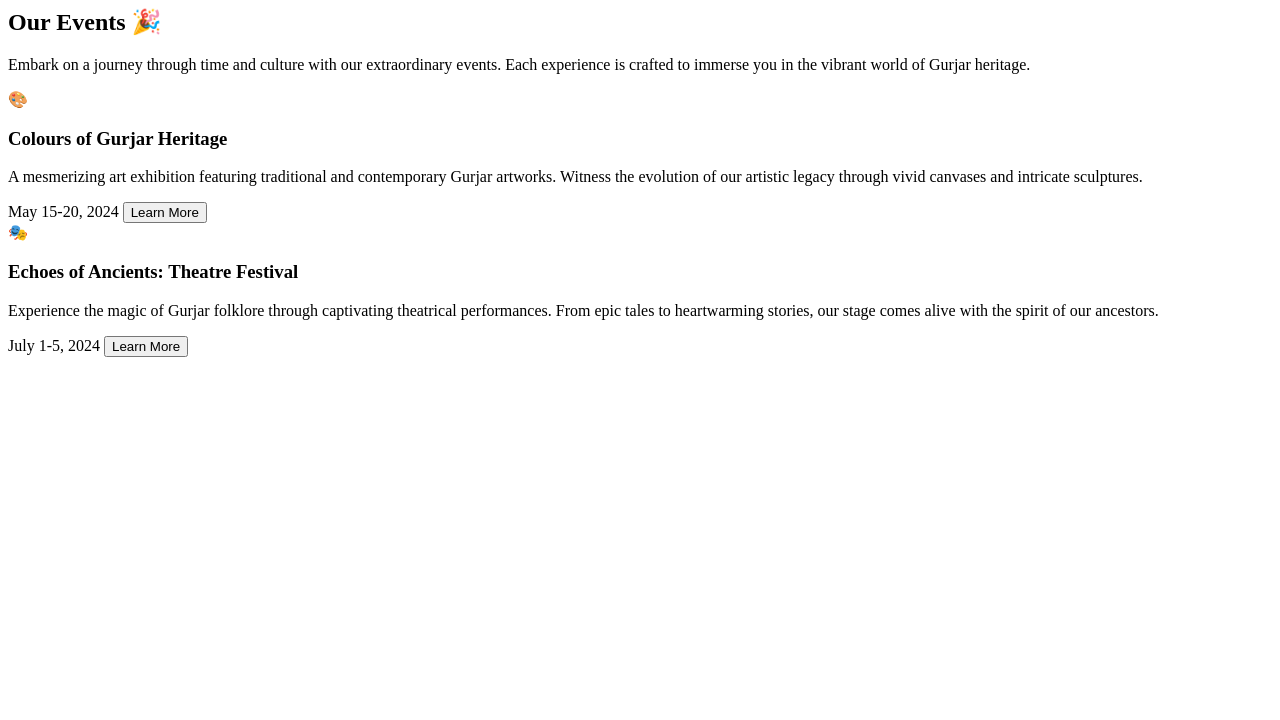
Repository: Aryansin1234/website
Page: components/events/events.html
The author's editor kept a copy of each file at every save. The page is drawn from the files as they stood at one save, then again after the next save.
The browser window is 1280 px wide. The pictures show the whole page.

Above is the page before, as saved 2024-10-15 23:40:02.

### components/events/events.html
<section id="events" class="events-section">
    <h2>Our Events 🎉</h2>
    <p class="text-base md:text-lg lg:text-xl mb-12 max-w-3xl mx-auto">Embark on a journey through time and culture with our extraordinary events. Each experience is crafted to immerse you in the vibrant world of Gurjar heritage.</p>
    <div class="timeline">
        <div class="timeline-item left">
            <div class="icon">🎨</div>
            <div class="content">
                <h3>Colours of Gurjar Heritage</h3>
                <p>A mesmerizing art exhibition featuring traditional and contemporary Gurjar artworks. Witness the evolution of our artistic legacy through vivid canvases and intricate sculptures.</p>
                <span class="text-sm text-gray-600">May 15-20, 2024</span>
                <button class="mt-4 bg-primary-color text-black px-4 py-2 rounded" onclick="openModal('Colours of Gurjar Heritage', 'Detailed information about Colours of Gurjar Heritage.')">Learn More</button>
            </div>
        </div>
        <div class="timeline-item right">
            <div class="icon">🎭</div>
            <div class="content">
                <h3>Echoes of Ancients: Theatre Festival</h3>
                <p>Experience the magic of Gurjar folklore through captivating theatrical performances. From epic tales to heartwarming stories, our stage comes alive with the spirit of our ancestors.</p>
                <span class="text-sm text-gray-600">July 1-5, 2024</span>
                <button class="mt-4 bg-primary-color text-black px-4 py-2 rounded" onclick="openModal('Echoes of Ancients: Theatre Festival', 'Detailed information about Echoes of Ancients: Theatre Festival.')">Learn More</button>
            </div>
        </div>
        <!-- Add more timeline items as needed -->
    </div>
</section>

After the next save:
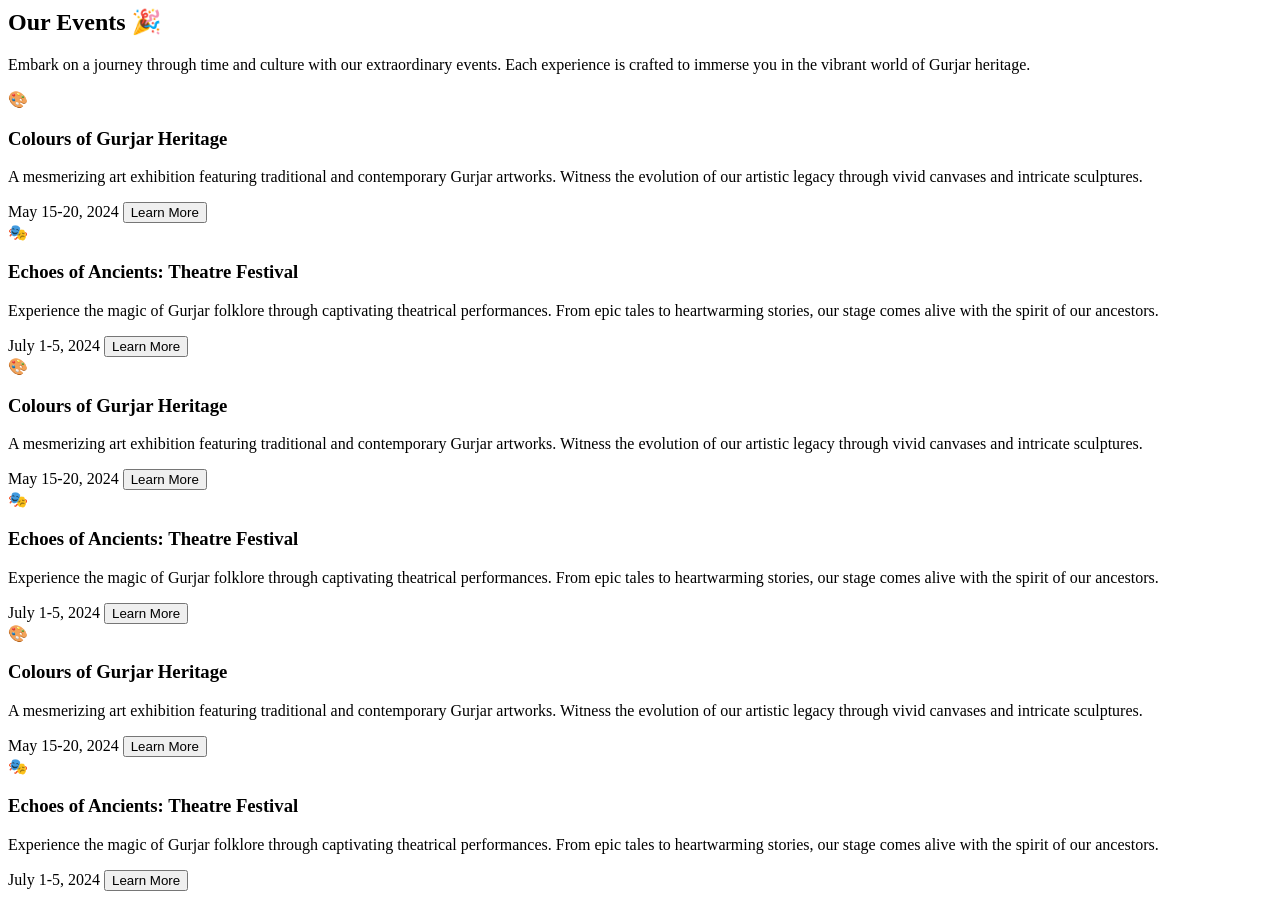
Saved 2 min 40 s later.
--- a/components/events/events.html
+++ b/components/events/events.html
@@ -20,6 +20,42 @@
                 <button class="mt-4 bg-primary-color text-black px-4 py-2 rounded" onclick="openModal('Echoes of Ancients: Theatre Festival', 'Detailed information about Echoes of Ancients: Theatre Festival.')">Learn More</button>
             </div>
         </div>
+        <div class="timeline-item left">
+            <div class="icon">🎨</div>
+            <div class="content">
+                <h3>Colours of Gurjar Heritage</h3>
+                <p>A mesmerizing art exhibition featuring traditional and contemporary Gurjar artworks. Witness the evolution of our artistic legacy through vivid canvases and intricate sculptures.</p>
+                <span class="text-sm text-gray-600">May 15-20, 2024</span>
+                <button class="mt-4 bg-primary-color text-black px-4 py-2 rounded" onclick="openModal('Colours of Gurjar Heritage', 'Detailed information about Colours of Gurjar Heritage.')">Learn More</button>
+            </div>
+        </div>
+        <div class="timeline-item right">
+            <div class="icon">🎭</div>
+            <div class="content">
+                <h3>Echoes of Ancients: Theatre Festival</h3>
+                <p>Experience the magic of Gurjar folklore through captivating theatrical performances. From epic tales to heartwarming stories, our stage comes alive with the spirit of our ancestors.</p>
+                <span class="text-sm text-gray-600">July 1-5, 2024</span>
+                <button class="mt-4 bg-primary-color text-black px-4 py-2 rounded" onclick="openModal('Echoes of Ancients: Theatre Festival', 'Detailed information about Echoes of Ancients: Theatre Festival.')">Learn More</button>
+            </div>
+        </div>
+        <div class="timeline-item left">
+            <div class="icon">🎨</div>
+            <div class="content">
+                <h3>Colours of Gurjar Heritage</h3>
+                <p>A mesmerizing art exhibition featuring traditional and contemporary Gurjar artworks. Witness the evolution of our artistic legacy through vivid canvases and intricate sculptures.</p>
+                <span class="text-sm text-gray-600">May 15-20, 2024</span>
+                <button class="mt-4 bg-primary-color text-black px-4 py-2 rounded" onclick="openModal('Colours of Gurjar Heritage', 'Detailed information about Colours of Gurjar Heritage.')">Learn More</button>
+            </div>
+        </div>
+        <div class="timeline-item right">
+            <div class="icon">🎭</div>
+            <div class="content">
+                <h3>Echoes of Ancients: Theatre Festival</h3>
+                <p>Experience the magic of Gurjar folklore through captivating theatrical performances. From epic tales to heartwarming stories, our stage comes alive with the spirit of our ancestors.</p>
+                <span class="text-sm text-gray-600">July 1-5, 2024</span>
+                <button class="mt-4 bg-primary-color text-black px-4 py-2 rounded" onclick="openModal('Echoes of Ancients: Theatre Festival', 'Detailed information about Echoes of Ancients: Theatre Festival.')">Learn More</button>
+            </div>
+        </div>
         <!-- Add more timeline items as needed -->
     </div>
 </section>

After the save that followed:
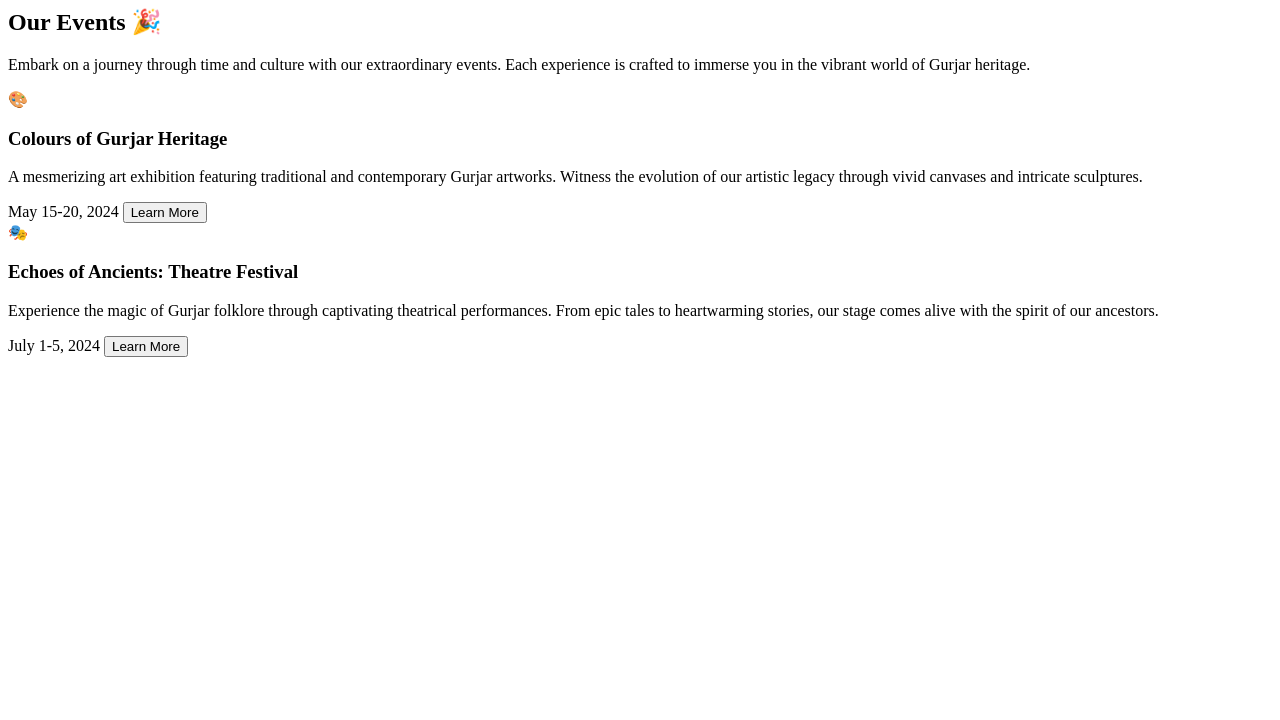
Saved 73 s later.
--- a/components/events/events.html
+++ b/components/events/events.html
@@ -20,42 +20,6 @@
                 <button class="mt-4 bg-primary-color text-black px-4 py-2 rounded" onclick="openModal('Echoes of Ancients: Theatre Festival', 'Detailed information about Echoes of Ancients: Theatre Festival.')">Learn More</button>
             </div>
         </div>
-        <div class="timeline-item left">
-            <div class="icon">🎨</div>
-            <div class="content">
-                <h3>Colours of Gurjar Heritage</h3>
-                <p>A mesmerizing art exhibition featuring traditional and contemporary Gurjar artworks. Witness the evolution of our artistic legacy through vivid canvases and intricate sculptures.</p>
-                <span class="text-sm text-gray-600">May 15-20, 2024</span>
-                <button class="mt-4 bg-primary-color text-black px-4 py-2 rounded" onclick="openModal('Colours of Gurjar Heritage', 'Detailed information about Colours of Gurjar Heritage.')">Learn More</button>
-            </div>
-        </div>
-        <div class="timeline-item right">
-            <div class="icon">🎭</div>
-            <div class="content">
-                <h3>Echoes of Ancients: Theatre Festival</h3>
-                <p>Experience the magic of Gurjar folklore through captivating theatrical performances. From epic tales to heartwarming stories, our stage comes alive with the spirit of our ancestors.</p>
-                <span class="text-sm text-gray-600">July 1-5, 2024</span>
-                <button class="mt-4 bg-primary-color text-black px-4 py-2 rounded" onclick="openModal('Echoes of Ancients: Theatre Festival', 'Detailed information about Echoes of Ancients: Theatre Festival.')">Learn More</button>
-            </div>
-        </div>
-        <div class="timeline-item left">
-            <div class="icon">🎨</div>
-            <div class="content">
-                <h3>Colours of Gurjar Heritage</h3>
-                <p>A mesmerizing art exhibition featuring traditional and contemporary Gurjar artworks. Witness the evolution of our artistic legacy through vivid canvases and intricate sculptures.</p>
-                <span class="text-sm text-gray-600">May 15-20, 2024</span>
-                <button class="mt-4 bg-primary-color text-black px-4 py-2 rounded" onclick="openModal('Colours of Gurjar Heritage', 'Detailed information about Colours of Gurjar Heritage.')">Learn More</button>
-            </div>
-        </div>
-        <div class="timeline-item right">
-            <div class="icon">🎭</div>
-            <div class="content">
-                <h3>Echoes of Ancients: Theatre Festival</h3>
-                <p>Experience the magic of Gurjar folklore through captivating theatrical performances. From epic tales to heartwarming stories, our stage comes alive with the spirit of our ancestors.</p>
-                <span class="text-sm text-gray-600">July 1-5, 2024</span>
-                <button class="mt-4 bg-primary-color text-black px-4 py-2 rounded" onclick="openModal('Echoes of Ancients: Theatre Festival', 'Detailed information about Echoes of Ancients: Theatre Festival.')">Learn More</button>
-            </div>
-        </div>
         <!-- Add more timeline items as needed -->
     </div>
 </section>
